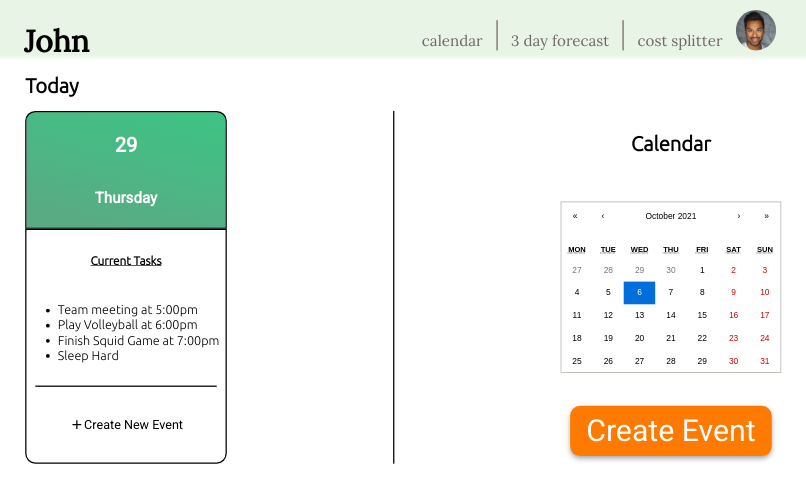
Repository: wilyyy/John
Page: / (app in john-app/)
An editor plug-in stored every save of this project. The page is shown before and after the next save, followed by the edit.
The browser window is 1280 px wide. The pictures show the whole page, at 63% of full size.
The project was rebuilt for these pictures with package versions that can differ from the ones it lists, and the page was loaded fresh each time. The framework's server and built-in components were replaced by stand-ins that run in the browser. Also part of the build but not shown: john-app/next.config.js.

Above is the page before, as saved 2021-10-07 18:37:16.

### john-app/pages/index.js
import Head from 'next/head'
import Nav from '@/Components/Nav'
import {useRouter} from 'next/router';
import styled from 'styled-components';
import TaskCard from '@/Components/TaskCard';
import JohnCalendar from '@/Components/Calendar';
import Button from '@/Components/Button';

const CalendarCont = styled.div`
    display: flex;
    flex-direction: column;
    justify-content: space-between;
    align-items: center;
    width: 100vw;
`;

const CalendarPageCont = styled.div`
    display: flex;
    flex-direction: column;
    font-family: 'Ubuntu', sans-serif;
    width: 75rem;
    height: 40rem;
`;

const CalendarPageRow = styled.div`
    display: flex;
    width: 75rem;
    height: 35rem;
    justify-content: space-between;
    align-items: center;
`;

const Divider = styled.div`
    border-left: 2px black solid;
    height: 40rem;
    width: 2px;
    height: 35rem;
`;

const CalendarWithHeader = styled.div`
    display: flex;
    flex-direction: column;
    justify-content: space-evenly;
    align-items: center;
    height: 40rem;

`;

export default function Calendar(){
    const router = useRouter();
    return (
        <CalendarCont>
            <Nav />
            <CalendarPageCont>
                <h1>Today</h1>
                <CalendarPageRow>
                    <TaskCard />
                    <Divider />
                    <CalendarWithHeader>
                        <h1>Calendar</h1>
                        <JohnCalendar />
                        <Button text="Create Event" routeTo="/eventcreation"/>
                    </CalendarWithHeader>
                </CalendarPageRow>
            </CalendarPageCont>
        </CalendarCont>
    )
}

### john-app/styles/globals.css
@import url('https://fonts.googleapis.com/css2?family=Roboto&family=Ubuntu:wght@300&display=swap');
@import url('https://fonts.googleapis.com/css2?family=Lora&display=swap');
/* Ubuntu and Roboto and Lora Font */

html,
body {
  padding: 0;
  margin: 0;
  font-family: -apple-system, BlinkMacSystemFont, Segoe UI, Roboto, Oxygen,
    Ubuntu, Cantarell, Fira Sans, Droid Sans, Helvetica Neue, sans-serif;
}

a {
  color: inherit;
  text-decoration: none;
}

* {
  box-sizing: border-box;
}

### john-app/Components/Nav/index.js
import styled from 'styled-components';
import {useRouter} from 'next/router';
import React, {useState} from 'react';
import Image from 'next/image';
import profilePic from '@/Photos/avatar.jpg';

const NavCont = styled.div`
    display: flex;
    flex-direction: column;
    justify-content: flex-end;
    width: 100%;
    height: 6rem;
    font-family: 'Lora', serif;
    background: linear-gradient(180deg, #E8F5E6 90.62%, rgba(208, 227, 205, 0) 100%);
`;

const NavRow = styled.div`
    display: flex;
    justify-content: space-between;
    padding: 0 2rem;
`;

const NavLinkRow = styled.div`
    display: flex;
    justify-content: space-evenly;
    width: 600px;
`;

const JohnLogo = styled.button`
    font-family: 'Lora', serif;
    border:none;
    background: none;
    font-size: 3rem;
    font-weight: bold;
    color: #000;
`;

const NavItem = styled.button`
    font-size: 1.5rem;
    color: #726767;
    font-family: 'Lora', serif;
    border:none;
    background: none;
`;

const Divider = styled.div`
    border-left: 2px #726767 solid;
    height: 3rem;
`;

const AvatarCont = styled.div`
    border-radius: 25rem;
    width: 4rem;
    height: 4rem;
    overflow: hidden;
    position: relative;
    top: -1rem;
`;


const Nav = ({
    homeRoute = "/calendar",
    forecastRoute = "/forecast",
    costSplitterRoute = "/costsplitter"
}) => {
    const router = useRouter();
    return <NavCont>
        <NavRow>
            <JohnLogo onClick={()=>router.push(homeRoute)}>John</JohnLogo>
            <NavLinkRow>
                <NavItem onClick={()=>router.push(homeRoute)}>calendar</NavItem>
                <Divider />
                <NavItem onClick={()=>router.push(forecastRoute)}>3 day forecast</NavItem>
                <Divider />
                <NavItem onClick={()=>router.push(costSplitterRoute)}>cost splitter</NavItem>
                <AvatarCont>
                    <Image src={profilePic} />
                </AvatarCont>
            </NavLinkRow>
        </NavRow>
    </NavCont>
}

export default Nav;

### john-app/Components/TaskCard/index.js
import styled from 'styled-components';
import {useRouter} from 'next/router';
import React, {useState} from 'react';
import AddIcon from '@mui/icons-material/Add';

//maybe change this to an array instead of an object?
const tasks = {
    task1: "Team meeting at 5:00pm",
    task2: "Play Volleyball at 6:00pm",
    task3: "Finish Squid Game at 7:00pm",
    task4: "Sleep Hard"
}

const TaskCont = styled.div`
    display: flex;
    flex-direction: column;
    width: 20rem;
    height: 35rem;
`;

const TaskTopCont = styled.div`
    color: #fff;
    border-radius: 1rem 1rem 0 0;
    border: 2px solid #000;
    width: 20rem;
    height: 13rem;
    display: flex;
    flex-direction: column;
    justify-content: space-evenly;
    align-items: center;
    align-items: center;
    font-family: 'Roboto', sans-serif;
    background: linear-gradient(195.27deg, #3FC284 8.37%, #59AB84 86.66%);
`;

const TaskBotCont = styled.div`
    border-radius: 0 0 1rem 1rem;
    border: 2px solid #000;
    width: 20rem;
    height: 26rem;
    background-color: #fff;
    display: flex;
    flex-direction: column;
    justify-content: space-evenly;
    align-items: center;
`;

const H3 = styled.h3`
    color: #000;
    text-decoration: underline;
`;

const Ul = styled.ul`
    display: flex;
    flex-direction: column;
    justify-content: center;
    align-items: centerl
`;

const Li = styled.li`
    font-size: 1.25rem;
`;

const Divider = styled.div`
    border-bottom: 2px #000 solid;
    width: 18rem;
    height: 2px;
`;

const CreateEventLink = styled.button`
    height: 5rem;
    display: flex;
    align-items: center;
    font-family: 'Roboto', sans-serif;
    border:none;
    background: none;
    font-size: 1.25rem;
`;


const TaskCard = ({
    day_number = "29",
    day = "Thursday"
}) => {
    return <TaskCont>
        <TaskTopCont>
            <h1>{day_number}</h1>
            <h2>{day}</h2>
        </TaskTopCont>
        <TaskBotCont>
            <H3>Current Tasks</H3>
            <Ul>
                <Li>{tasks.task1}</Li>
                <Li>{tasks.task2}</Li>
                <Li>{tasks.task3}</Li>
                <Li>{tasks.task4}</Li>
            </Ul>
            <Divider />

            <CreateEventLink>
                <AddIcon />Create New Event
                </CreateEventLink>
        </TaskBotCont>
    </TaskCont>
}

export default TaskCard;

### john-app/Components/Calendar/index.js
import React, {useState} from 'react';
import { render } from "react-dom";
import Calendar from "react-calendar";
import 'react-calendar/dist/Calendar.css';
import styled from 'styled-components';

const CalendarCont = styled.div`
    width: 1000px;
    border: 1px solid #f0f0f0;
    border-radius: 2px;
    background-color: #000;
`;


const JohnCalendar = () => {
    const [date, setDate] = useState(new Date());

    const onChange = (date) => {
        setDate(date);
    }

    return <div>
        <Calendar
        onChange={onChange}
        value={date}
        />
    </div>
}

export default JohnCalendar

### john-app/Components/Button/index.js
import styled from 'styled-components';
import {useRouter} from 'next/router';
import React, {useState} from 'react';

const ButtonCont = styled.button`
    display: flex;
    justify-content: center;
    align-items: center;
    width: ${props=>props.width};
    height: ${props=>props.height};
    background-color: ${props=>props.bgcolor};
    color: #ffffff;
    border-radius: ${props=>props.borderradius};
    border: none;
    filter: drop-shadow(0px 4px 4px rgba(0, 0, 0, 0.35));
    font-size: ${props=>props.fontsize};
`;

const ButtonText = styled.div`
    display: flex;
    color: #ffffff;
    font-family: 'Roboto', sans-serif;
`;

const Button = ({
    width = "20rem",
    height = "5rem",
    text = "Begin",
    borderradius = "1rem",
    bgcolor = "#FF7A00",
    fontsize = "3rem",
    routeTo="/calendar"
}) =>{
    const router = useRouter();
    return <ButtonCont
        width = {width}
        height = {height}
        text = {text}
        borderradius = {borderradius}
        bgcolor = {bgcolor}
        fontsize = {fontsize}
        onClick={()=>router.push(routeTo)}
    >
        <ButtonText>{text}</ButtonText>
    </ButtonCont>
}

export default Button;

### john-app/styles/Home.module.css
.container {
  min-height: 100vh;
  padding: 0 0.5rem;
  display: flex;
  flex-direction: column;
  justify-content: center;
  align-items: center;
  height: 100vh;
}

.main {
  padding: 5rem 0;
  flex: 1;
  display: flex;
  flex-direction: column;
  justify-content: center;
  align-items: center;
}

.footer {
  width: 100%;
  height: 100px;
  border-top: 1px solid #eaeaea;
  display: flex;
  justify-content: center;
  align-items: center;
}

.footer a {
  display: flex;
  justify-content: center;
  align-items: center;
  flex-grow: 1;
}

.title a {
  color: #0070f3;
  text-decoration: none;
}

.title a:hover,
.title a:focus,
.title a:active {
  text-decoration: underline;
}

.title {
  margin: 0;
  line-height: 1.15;
  font-size: 4rem;
}

.title,
.description {
  text-align: center;
}

.description {
  line-height: 1.5;
  font-size: 1.5rem;
}

.code {
  background: #fafafa;
  border-radius: 5px;
  padding: 0.75rem;
  font-size: 1.1rem;
  font-family: Menlo, Monaco, Lucida Console, Liberation Mono, DejaVu Sans Mono,
    Bitstream Vera Sans Mono, Courier New, monospace;
}

.grid {
  display: flex;
  align-items: center;
  justify-content: center;
  flex-wrap: wrap;
  max-width: 800px;
  margin-top: 3rem;
}

.card {
  margin: 1rem;
  padding: 1.5rem;
  text-align: left;
  color: inherit;
  text-decoration: none;
  border: 1px solid #eaeaea;
  border-radius: 10px;
  transition: color 0.15s ease, border-color 0.15s ease;
  width: 45%;
}

.card:hover,
.card:focus,
.card:active {
  color: #0070f3;
  border-color: #0070f3;
}

.card h2 {
  margin: 0 0 1rem 0;
  font-size: 1.5rem;
}

.card p {
  margin: 0;
  font-size: 1.25rem;
  line-height: 1.5;
}

.logo {
  height: 1em;
  margin-left: 0.5rem;
}

.icon{
  color: #fff;
}

@media (max-width: 600px) {
  .grid {
    width: 100%;
    flex-direction: column;
  }
}

### john-app/Components/EventInfoCard/index.js
import styled from 'styled-components';
import {useRouter} from 'next/router';
import React, {useState} from 'react';

const EventInfoCardCont = styled.div`
    display: flex;
    flex-direction: column;
    filter: drop-shadow(0px 4px 4px rgba(0, 0, 0, 0.25));
    max-width: 20rem;
    max-height: 35rem;
    justify-content: space-evenly;
`;

const EventInfoTop = styled.div`
    font-family: 'Roboto', sans-serif;
    width: 20rem;
    height: 26rem;
    border-radius: 1rem 1rem 0 0;
    border: ${props=>props.topborder};
    display: flex;
    flex-direction: column;
    justify-content: center;
    align-items: center;
    background: ${props=>props.topbgcolor};
`;

const EventInfoBottom = styled.div`
    width: 20rem;
    height: 13rem;
    border-radius: 0 0 1rem 1rem;
    display: flex;
    flex-direction: column;
    justify-content: flex-wrap;
    background-color: #141414;
    color: #fff;
    padding: 0.5rem;
`;

const H1 = styled.h1`
    color: ${props=>props.h1color};
    font-family: ${props=>props.h1font};
    font-weight: ${props=>props.h1fontweight};
`;

const H2 = styled.h2`
    color: ${props=>props.h2color};
    font-family: ${props=>props.h2font};
`;

const cont = styled.div`
    display: flex;
    height: 1.5rem;
`;

const EventInfoCard = ({
    topborder = "none", /* prop we change */
    topbgcolor = "linear-gradient(195.27deg, #3FC284 8.37%, #59AB84 86.66%)", /* prop we change */
    h1_color = "#fff",
    h1_day = "29", /* prop we change */
    h1_ubuntu = "'Ubuntu', sans-serif",
    toph2_day = "Thursday", /* prop we change */
    h2top_color = "#fff",
    h1_time = "12:30pm", /* prop we change */
    h1_light = "300",
    h2_eventname = "Binge Squid Game", /* prop we change */
    h2_eventcolor = "#FF7A00",
    location = "Building of Density", /* prop we change */
    number_of_people = "5+ People Involved" /* prop we change */
}) => {
    return <EventInfoCardCont>
        <EventInfoTop topbgcolor={topbgcolor} topborder={topborder}>
            <H1 h1color={h1_color}>{h1_day}</H1>
            <H2 h2color={h2top_color}>
                {toph2_day}
            </H2>
            <H1
            h1font={h1_ubuntu}
            h1fontweight={h1_light}
            h1color={h1_color}
            >
                {h1_time}
            </H1>
        </EventInfoTop>
        <EventInfoBottom>
            <H2 h2color={h2_eventcolor}>{h2_eventname}</H2>
            <cont>
                <p>{location}</p>
                <p>{number_of_people}</p>
            </cont>
        </EventInfoBottom>
    </EventInfoCardCont>
}

export default EventInfoCard;

### john-app/Components/SocialMediaIcon/index.js
import styled from 'styled-components';
import FacebookIcon from '@mui/icons-material/Facebook';
import InstagramIcon from '@mui/icons-material/Instagram';
import TwitterIcon from '@mui/icons-material/Twitter';
import LinkedInIcon from '@mui/icons-material/LinkedIn';
import styles from '@/styles/Home.module.css'


const SocialMediaCont = styled.div`
    display: flex;
    width: 14rem;
    height: 3rem;
    justify-content: space-between;
`;

const SocialMediaIconCont = styled.div`
    display: flex;
    justify-content: center;
    align-items: center;
    width: 3rem;
    height: 3rem;
    border-radius: 25rem;
    background-color: #141414;
`;


const SocialMediaIcon = ({
}) => {
    return <SocialMediaCont>
        <SocialMediaIconCont>
            <FacebookIcon className={styles.icon}/>
        </SocialMediaIconCont>
        <SocialMediaIconCont>
            <InstagramIcon className={styles.icon}/>
        </SocialMediaIconCont>
        <SocialMediaIconCont>
            <TwitterIcon className={styles.icon}/>
        </SocialMediaIconCont>
        <SocialMediaIconCont>
            <LinkedInIcon className={styles.icon}/>
        </SocialMediaIconCont>
    </SocialMediaCont>
}

export default SocialMediaIcon;

Loaded but not shown: john-app/pages/_app.js (common file); john-app/pages/_document.js (common file)

After the next save:
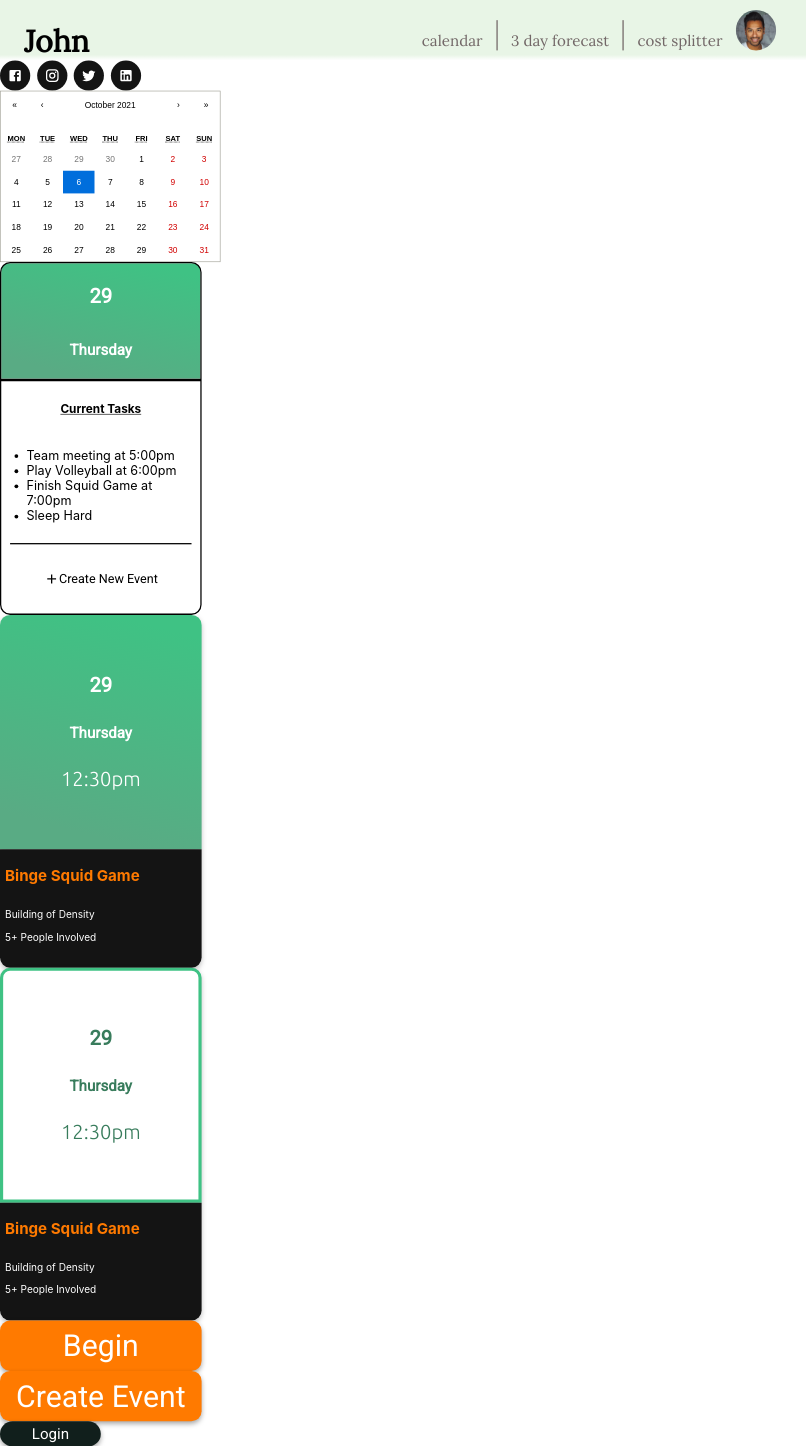
Saved 6 s later.
--- a/john-app/pages/index.js
+++ b/john-app/pages/index.js
@@ -1,68 +1,47 @@
 import Head from 'next/head'
+import Image from 'next/image'
+import styles from '../styles/Home.module.css'
+import Button from '@/Components/Button'
+import EventInfoCard from '@/Components/EventInfoCard'
 import Nav from '@/Components/Nav'
-import {useRouter} from 'next/router';
 import styled from 'styled-components';
-import TaskCard from '@/Components/TaskCard';
-import JohnCalendar from '@/Components/Calendar';
-import Button from '@/Components/Button';
+import TaskCard from '@/Components/TaskCard'
+import JohnCalendar from '@/Components/Calendar'
+import SocialMediaIcon from '@/Components/SocialMediaIcon'
 
-const CalendarCont = styled.div`
-    display: flex;
-    flex-direction: column;
-    justify-content: space-between;
-    align-items: center;
-    width: 100vw;
+
+const ExampleCont = styled.div`
+  display: flex;
+  flex-direction: column;
 `;
 
-const CalendarPageCont = styled.div`
-    display: flex;
-    flex-direction: column;
-    font-family: 'Ubuntu', sans-serif;
-    width: 75rem;
-    height: 40rem;
-`;
+export default function Home() {
+  return (
+    <ExampleCont>
+      <Head>
+        <title>John</title>
+        <meta name="description" content="Generated by create next app" />
+        <link rel="icon" href="/favicon.ico" />
+      </Head>
+      <Nav />
 
-const CalendarPageRow = styled.div`
-    display: flex;
-    width: 75rem;
-    height: 35rem;
-    justify-content: space-between;
-    align-items: center;
-`;
+      <SocialMediaIcon />
+      <JohnCalendar />
+      <TaskCard />
 
-const Divider = styled.div`
-    border-left: 2px black solid;
-    height: 40rem;
-    width: 2px;
-    height: 35rem;
-`;
+      <EventInfoCard />
+      <EventInfoCard
+        topborder="#3FC284 5px solid"
+        topbgcolor="#fff"
+        h1_color = "#387C5C"
+        h2top_color="#387C5C"
+      />
+      <Button />
+      <Button text="Create Event"/>
 
-const CalendarWithHeader = styled.div`
-    display: flex;
-    flex-direction: column;
-    justify-content: space-evenly;
-    align-items: center;
-    height: 40rem;
+      <Button width="10rem" height="2.5rem" bgcolor="#111F1C" borderradius="3rem" fontsize="1.5rem" text="Login"/>
 
-`;
 
-export default function Calendar(){
-    const router = useRouter();
-    return (
-        <CalendarCont>
-            <Nav />
-            <CalendarPageCont>
-                <h1>Today</h1>
-                <CalendarPageRow>
-                    <TaskCard />
-                    <Divider />
-                    <CalendarWithHeader>
-                        <h1>Calendar</h1>
-                        <JohnCalendar />
-                        <Button text="Create Event" routeTo="/eventcreation"/>
-                    </CalendarWithHeader>
-                </CalendarPageRow>
-            </CalendarPageCont>
-        </CalendarCont>
-    )
+    </ExampleCont>
+  )
 }
